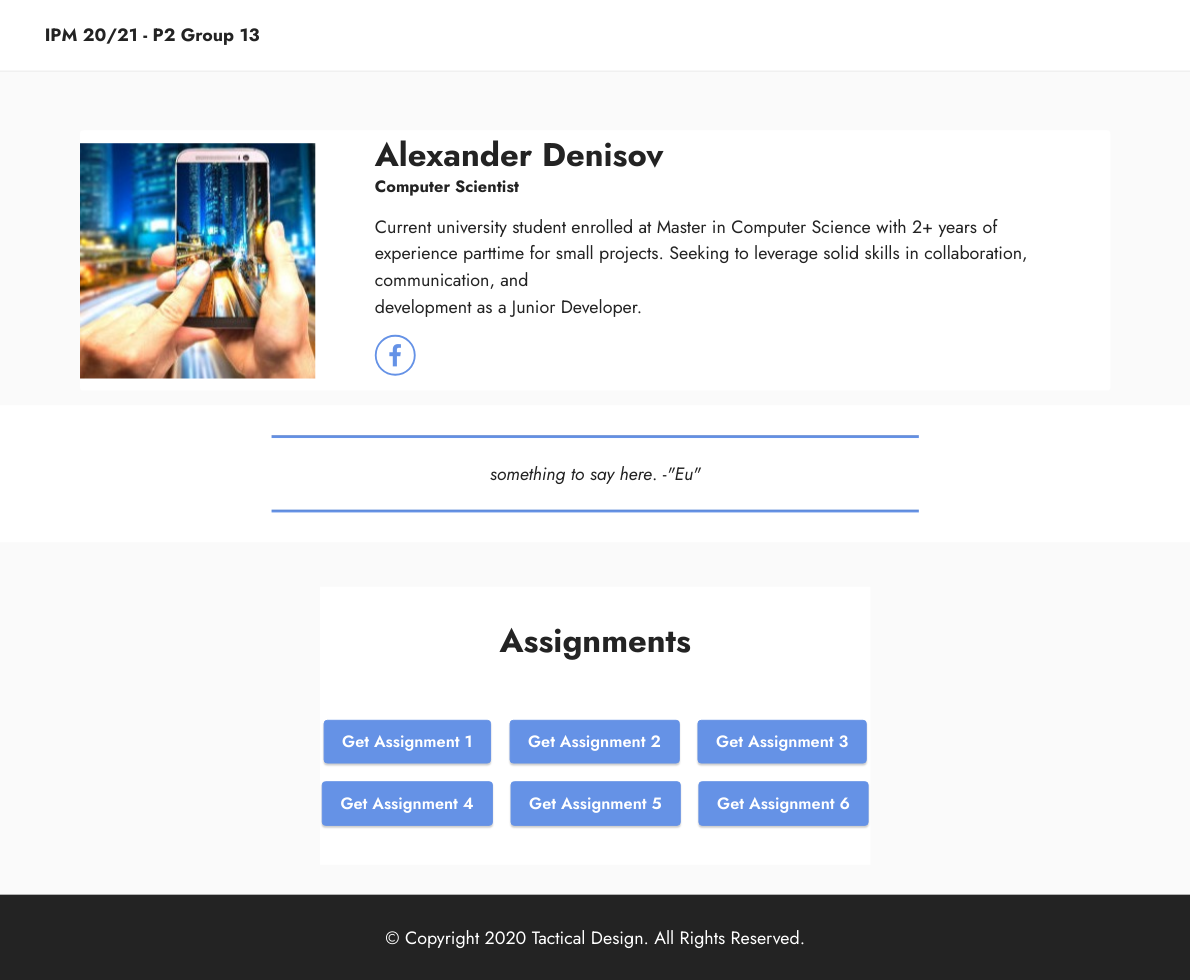
Repository: denisov93/tacticaldesign
Page: page2.html
The author's editor kept a copy of each file at every save. The page is drawn from the files as they stood at one save, then again after the next save.
The browser window is 1280 px wide. The pictures show the whole page, at 93% of full size.

Above is the page before, as saved 2020-09-25 19:24:21.

After the next save:
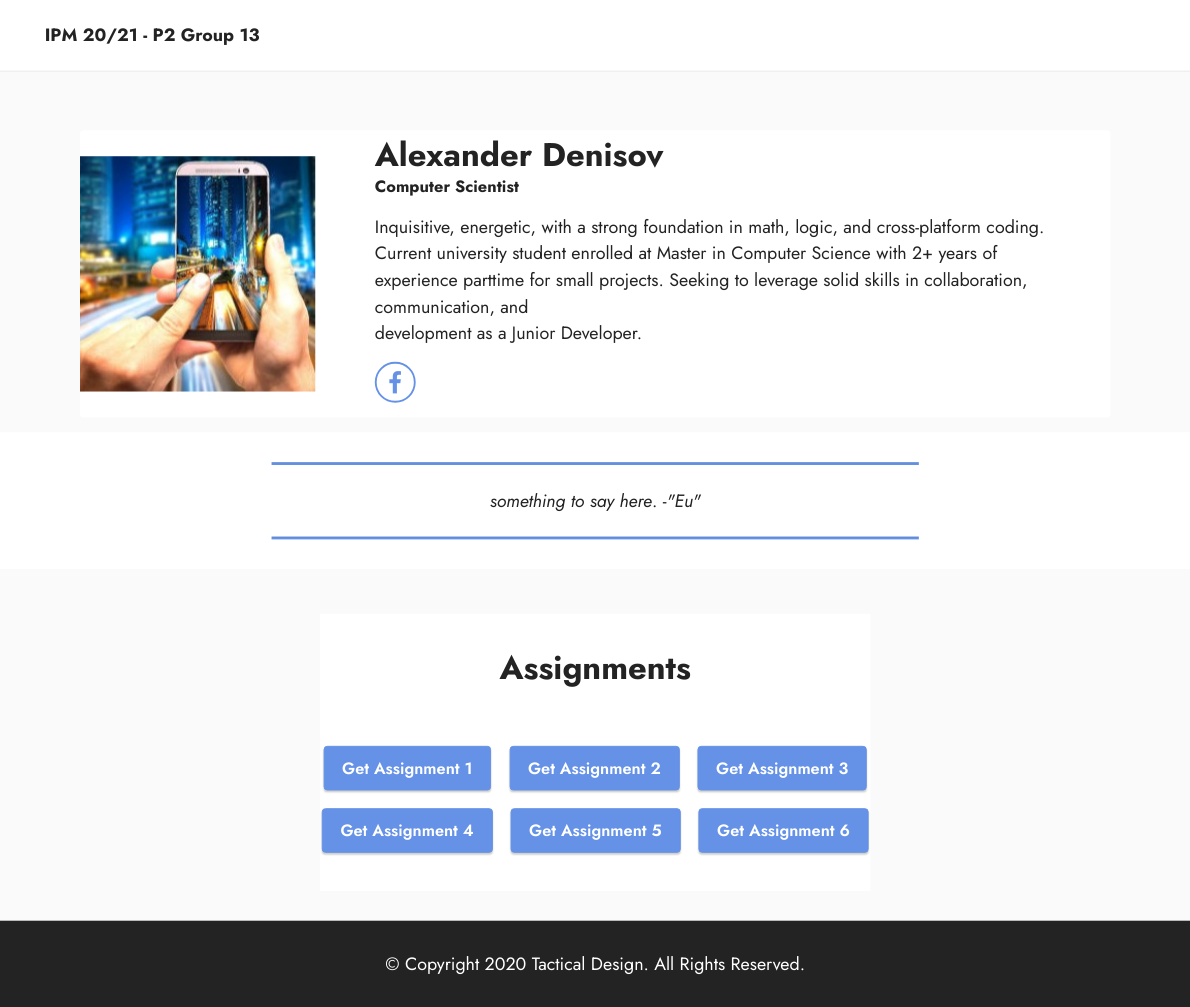
Saved 32 s later.
--- a/page2.html
+++ b/page2.html
@@ -69,8 +69,8 @@
                               <h5 class="card-title mbr-fonts-style m-0 display-5">
                                   <strong>Alexander Denisov</strong></h5>
                               <h6 class="card-subtitle mbr-fonts-style mb-3 display-4"><strong>Computer Scientist</strong></h6>
-                              <p class="mbr-text mbr-fonts-style display-7">
-                                Current university student enrolled at Master in Computer Science with 2+ years of experience parttime for small projects. Seeking to leverage solid skills in collaboration, communication, and
+                              <p class="mbr-text mbr-fonts-style display-7">Inquisitive, energetic, with a strong foundation in math, logic, and cross-platform coding.
+                                <br>Current university student enrolled at Master in Computer Science with 2+ years of experience parttime for small projects. Seeking to leverage solid skills in collaboration, communication, and
                                 <br>development as a Junior Developer.
                               </p>
                               <div class="social-row display-7">
